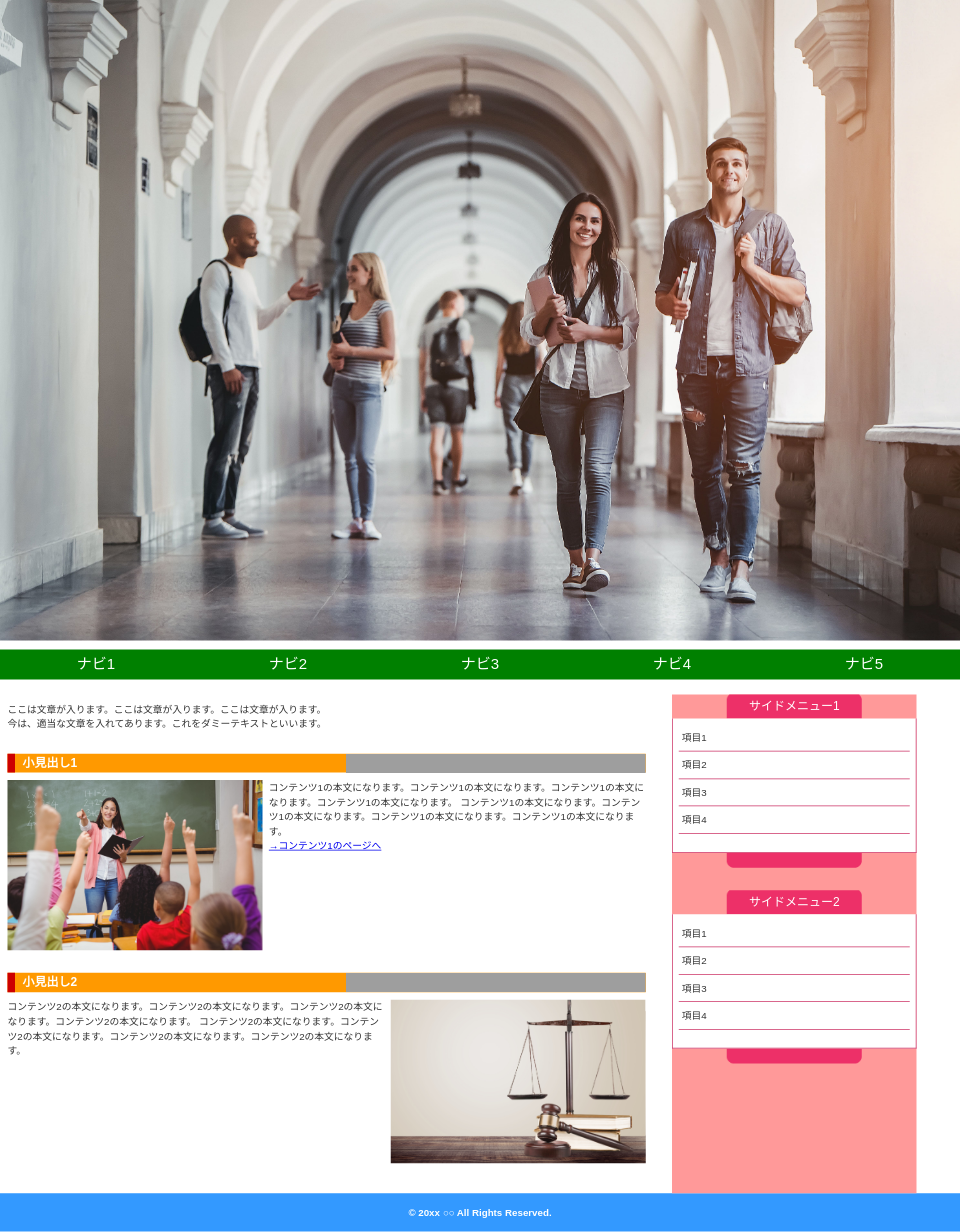
Repository: Souhei-en/samurai_HTML-CSS
Page: home.html
The author's editor kept a record of every edit. The page is drawn from the files as they stood at one moment, then again after the next edit.
The browser window is 1280 px wide. The pictures show the whole page, at 75% of full size.
Pictures or frames that could not be fetched are drawn as grey boxes.

Above is the page before.

After the next edit:
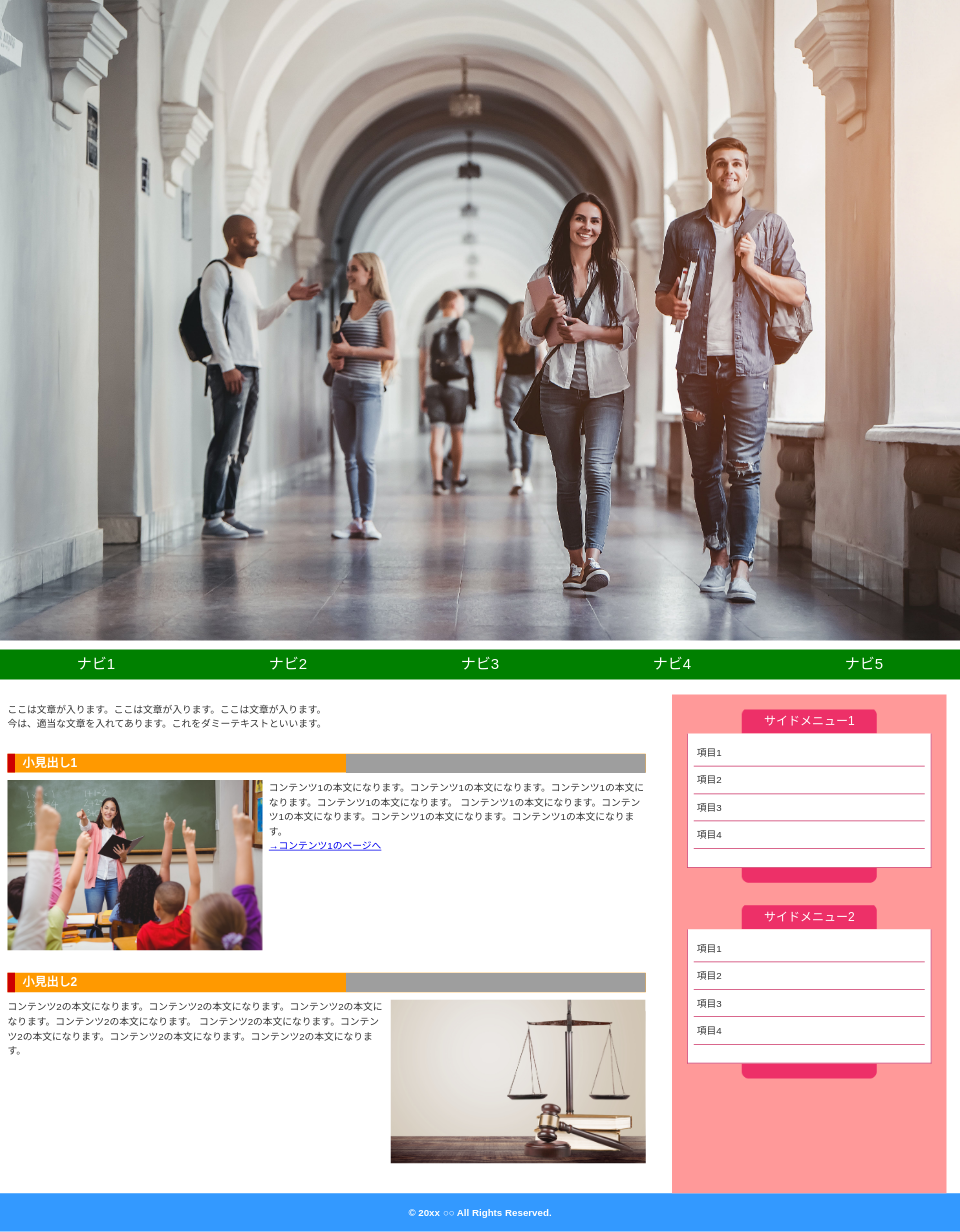
The edit:
--- a/stylesheet.css
+++ b/stylesheet.css
@@ -135,8 +135,6 @@
  /* -------------------- side -------------------- */
  #side {
  	 width: 85%;
- 	 float: right;
- 	 width: 30%
  	 padding: 20px;
  	 background-color: #F99;
  }
